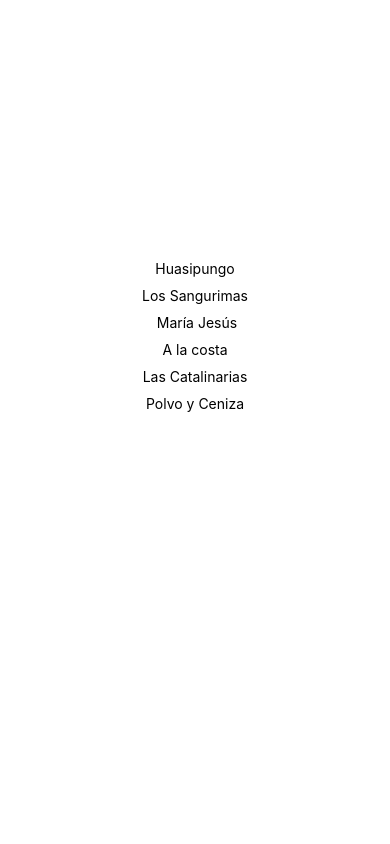
Repository: Henrybaio24/app-lista-libros
Screen: /
An editor plug-in stored every save of this project. The screen is shown before and after the next save, followed by the edit.
The app was drawn by React Native's web renderer in a window 390 px wide. The project was rebuilt for these pictures with package versions that can differ from the ones it lists, and the page was loaded fresh each time.

Above is the screen before, as saved 2020-02-03 20:03:33.

### App.js
import React, { Component } from 'react';
import {
  StyleSheet,
  Text,
  View,
  FlatList,
  H1,
} from 'react-native';

export default class EventList extends Component {
  state = {
    libros: []
  }

  componentDidMount() {
    const libros = require('./db.json').libros
    this.setState( { libros })
  }

  render() {
    return(
      <FlatList
        data={ this.state.libros }
        style={ styles.list }
        renderItem={ ({ item }) =>
          <View style={styles.container}>
            <Text>{ item.nombre }</Text>
          </View>
        }
        keyExtractor={ item => item.id }
      />
    )
  }
}

const styles = StyleSheet.create({
  container: {
    paddingTop: 10,
    alignItems: 'center',
    justifyContent: 'center',
  },
  list: {
    paddingTop: 250,

  },
});

### db.json
{
    "libros":
    [
        {
            "id": 1,
            "nombre": "Huasipungo",
            "autor": "Jorge Icaza",
            "año": 1960
        },
        {
            "id": 2,
            "nombre": "Los Sangurimas",
            "autor": "José de la Cuadra",
            "año": 1903
        },
        {
            "id": 3,
            "nombre": " María Jesús",
            "autor": "Medardo Ángel Silva",
            "año": 1950
        },
        {
            "id": 4,
            "nombre": "A la costa",
            "autor": " Luis Alfredo Martinez",
            "año": 1904
        },
        {
            "id": 5,
            "nombre": "Las Catalinarias",
            "autor": "Juan Montalvo",
            "año": 1832
        },
        {
            "id": 6,
            "nombre": "Polvo y Ceniza",
            "autor": "Eliécer Cárdenas",
            "año": 1950
        }
    ]
}

After the next save:
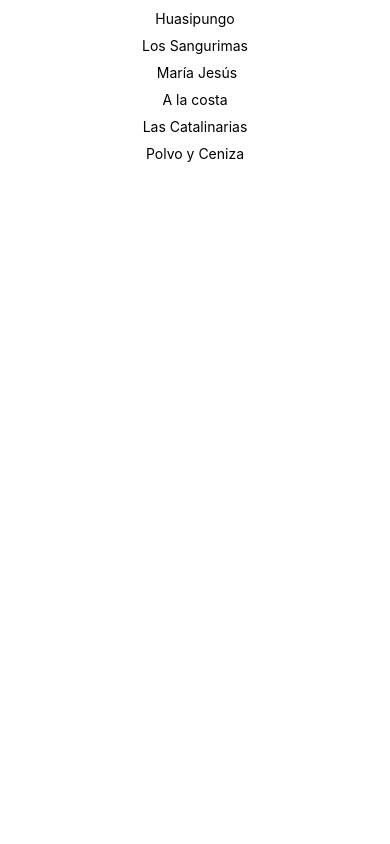
Saved 10 s later.
--- a/App.js
+++ b/App.js
@@ -21,7 +21,7 @@ export default class EventList extends Component {
     return(
       <FlatList
         data={ this.state.libros }
-        style={ styles.list }
+        style={ styles.lista }
         renderItem={ ({ item }) =>
           <View style={styles.container}>
             <Text>{ item.nombre }</Text>

After the save that followed:
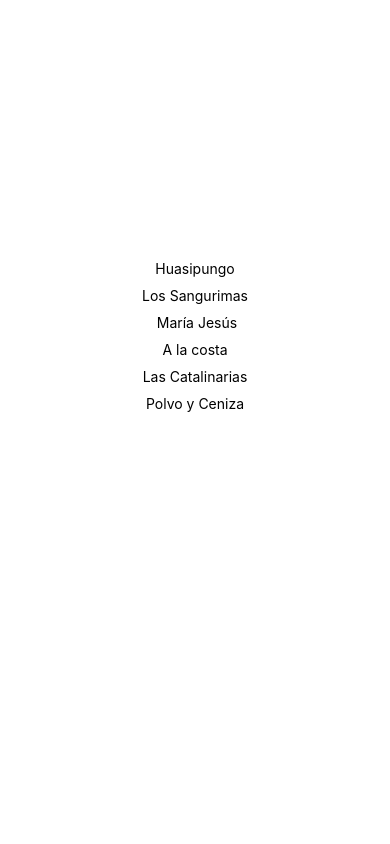
Saved 6 s later.
--- a/App.js
+++ b/App.js
@@ -39,7 +39,7 @@ const styles = StyleSheet.create({
     alignItems: 'center',
     justifyContent: 'center',
   },
-  list: {
+  lista: {
     paddingTop: 250,
 
   },
